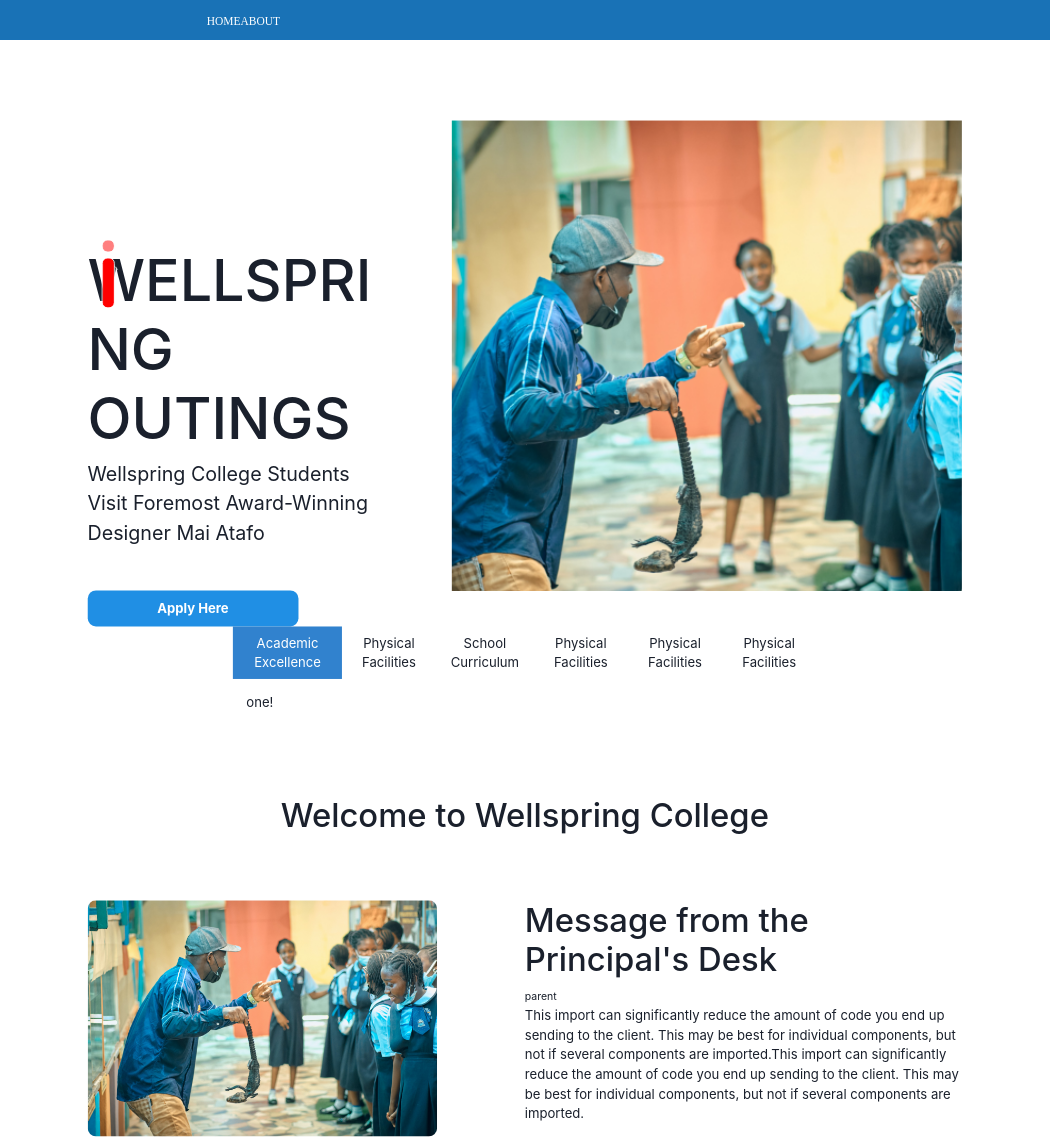
Repository: gr8skills/wellspring-school-forked
Page: /
The author's editor kept a copy of each file at every save. The page is drawn from the files as they stood at one save, then again after a run of saves.
The browser window is 1280 px wide. The pictures show the whole page, at 82% of full size.
The project was rebuilt for these pictures with package versions that can differ from the ones it lists, and the page was loaded fresh each time. Also part of the build but not shown: src/components/Navbar/Dropdown.scss, src/components/Navbar/Dropdown.js, src/components/Calendar/Calendar.js, src/components/News/News.js.

Above is the page before, as saved 2022-12-02 00:30:36.

### src/index.css
body {
  /* margin: 0;
  font-family: -apple-system, BlinkMacSystemFont, 'Segoe UI', 'Roboto', 'Oxygen',
    'Ubuntu', 'Cantarell', 'Fira Sans', 'Droid Sans', 'Helvetica Neue',
    sans-serif;
  -webkit-font-smoothing: antialiased;
  -moz-osx-font-smoothing: grayscale; */
}

/* code {
  font-family: source-code-pro, Menlo, Monaco, Consolas, 'Courier New',
    monospace;
} */

### src/App.js
import logo from './logo.svg';
import './App.css';
import { BrowserRouter, Routes, Route, Link, Outlet } from "react-router-dom";
import "bootstrap/dist/css/bootstrap.min.css";

import NavBar from './components/Navbar/Navbar';
import { Home } from './pages/Home/Home';

function App() {
  return (


    <BrowserRouter>
      <NavBar />

      <Routes>
        <Route path="/" element={<Home />} />
        {/* <Route path="users" element={<Users />}>
          <Route path="me" element={<OwnUserProfile />} />
          <Route path=":id" element={<UserProfile />} />
        </Route> */}
      </Routes>
    </BrowserRouter>
  );
}

export default App;

### src/App.css
body{
}

.App {
  text-align: center;
    background-color:black;

}

.App-logo {
  height: 40vmin;
  pointer-events: none;
}

@media (prefers-reduced-motion: no-preference) {
  .App-logo {
    animation: App-logo-spin infinite 20s linear;
  }
}


@keyframes App-logo-spin {
  from {
    transform: rotate(0deg);
  }
  to {
    transform: rotate(360deg);
  }
}

### src/pages/Home/Home.js

import Carousel from "react-bootstrap/Carousel";
import Slider1 from "../../assets/slider1.png";
import Slider2 from "../../assets/slider2.png";
import { Sliders } from "../../components/Sliders/Sliders";
import { Button, ButtonGroup } from "@chakra-ui/react";

import "./_home.scss";
import { AppButton } from "../../components/AppButton/AppButton";
import { Calendar } from "../../components/Calendar/Calendar";
import { News } from "../../components/News/News";
import { AppTab } from "../../components/AppTab/AppTab";
export const Home =()=>{
    return (
      <>
        <div className="home-page-trans col-md-12 flexy">
          <div className="col-md-1">&nbsp;</div>
          <div className="col-md-10">
            {" "}
            <Carousel fade>
              <Carousel.Item>
                <div className="col-md-12 flexy">
                  <div className="col-md-4 slider-label">
                    <h1>Beyond the Classroom</h1>
                    <p>
                      Wellspring College Students Visit Foremost Award-Winning
                      Designer Mai Atafo
                    </p>
                  </div>
                  <div className="col-md-1">&nbsp;</div>
                  <div className="col-md-7">
                    <img
                      className="col-md-12 imgCaro"
                      src={Slider1}
                      alt="Scholar"
                    />
                  </div>
                </div>
              </Carousel.Item>

              <Carousel.Item>
                <div className="col-md-12 flexy">
                  <div className="col-md-4 slider-label">
                    <h1>WELLSPRING OUTINGS</h1>
                    <p>
                      Wellspring College Students Visit Foremost Award-Winning
                      Designer Mai Atafo
                    </p>
                  </div>
                  <div className="col-md-1">&nbsp;</div>

                  <div className="col-md-7">
                    <img
                      className="col-md-12 imgCaro"
                      src={Slider2}
                      alt="Scholar"
                    />
                  </div>
                </div>
              </Carousel.Item>
            </Carousel>
            <AppButton text="Apply Here" />
            {/* <Calendar month="Nov" day="10" year="2022" event="Open Day" time="10:00am-3:00pm"/> */}
            {/* <News date="August 29th, 2022" message="Wellspring College celebrates it's 17th Valedictory Service and Graduation Ceremony" url=""/> */}
            <AppTab />
          </div>
        </div>
        <div className="col-md-12 welcome-message-title">
          <Sliders
            header="Welcome to Wellspring College"
            message="This import can significantly reduce the amount of code you end up sending to the client. This may be best for individual components, but not if several components are imported.This import can significantly reduce the amount of code you end up sending to the client. This may be best for individual components, but not if several components are imported."
            sliderImg={Slider2}
            title="Message from the Principal's Desk"
            speaker="parent"
          />
        </div>
      </>
    );
}

### src/components/Navbar/MenuItems.js
export const navMenus = {
    about: [
        // {title: 'About ' + process.env.REACT_APP_SITE_NAME, path: '/about', cName: 'dropdown-link'},
        // {title: 'Administrator’s Message', path: '/about/administrators-message', cName: 'dropdown-link'},
        // {title: 'Proprietor’s Message', path: '/about/proprietors-message', cName: 'dropdown-link'},
        // {title: 'History of the School', path: '/about/history', cName: 'dropdown-link'},
        // {title: 'Contact Us', path: '/about/contact-us', cName: 'dropdown-link'},
    ]
}

export default navMenus;

### src/components/Navbar/NavBar.module.css


.navCont{
    position: relative;
    /* display: flex; */
    width:25%;
    /* justify-content: space-between; */
    /* margin: 0 auto; */
    /* max-height: 5rem; */
    padding-left:220px;

}

.nav-links{
    font-size:10px !important;
}


.imgCont{
    position: relative;
}

/* .imgContent{
    position: absolute;
    z-index: 1;
    height: 6vw;

} */

/* .btnPortal{
    background-color: #4CA14900;
    color: #fff;
    height: 2.5rem;
    width: 7rem;
    font-size: 18px;
    border-radius: 5px;
    position: relative;
    outline: 0;
    border: 0;
    transition: 1.5s scale linear;
} */

/* .btnPortal:focus{
    outline: 0;
    border: 0;
} */

/* .btnPortal:hover{
    transform: scale(1.02);
    background-color: #4CA149CF;
} */

/* .fIcon{
    width: 30px;
    height: 30px;
    padding: 5px 5px;
    transform: translate(-6px, -1px);
} */

/* @media screen and (max-width: 960px) {
    .navCont{
        position: relative;
        display: flex;
        width: 100%;
        justify-content: space-between;
        margin: 0 auto;
        max-height: 5rem;

    }

    .imgContent{
        position: absolute;
        z-index: 1;
        height: 16vw;

    }

}


 */

### src/components/Navbar/_navbar.scss
@import "../../variables";





.navContainer{
    background:$themecolor;
    min-height: 3rem;
    position: fixed;
    z-index: 1;
    right: 0;
    width: 100%;
    top: 0;
}


.nav-list{
    display: flex;
    max-width: 70%;
    width: 70%;
    justify-content: space-between;
    list-style: none;
    color: #fff;
    font-family: monserat;
    transform: translateY(54%);
    margin: 0 !important;
}

.nav-list li{
    line-height: 25px;
    text-align: center;
    margin: 0;
    font-size: 14px;

}

/* .nav-list li a{
    color: #fff;
} */


.nav-item {
    height: auto;
    justify-content: center;
    display: flex;
}

.menu-icon{
    display: none;
}




.nav-links {
    color: #fff;
    display: flex;
    align-items: center;
    text-decoration: none;
    height: 100%;
    transition: all 0.2s ease-out;

}

.nav-links:hover {
    background-color: #fff;
    text-decoration: none;
    // padding:5px;
    color:$themecolor;
}


@media screen and (max-width: 600px) {
    .ph{
        display: none;
    }

@media screen and (max-width: 960px) {
    .nav-list{
        display: none;
    }
}

    .menu-icon{
        display: block;
    }

    .nav-list{
        display: flex;
        flex-direction: column;
        position: absolute;
        height: 42rem;
        width: 100%;
        max-width: 100% !important;
        top: 48px;
        transform: translateY(4%);
        /* z-index: 999; */
        opacity: 1;
        right: -100%;
        transition: all .5s linear;
    background-color: #4CA149;

    }
.mainMenu li a{
    line-height:20px !important;

}
    .nav-list.active{
        transition: all 0.3s ease-out;
        visibility: visible;
        transition: all .5s linear;
        right: 0;
        /* z-index: 1; */
    }

    .nav-list.active li {
        font-size: 4vw;
        position: relative;
        margin: 30px 0;
    }


    .fa-times{
        position: relative;
        float: right;
        width: 100%;
    }

    .fa-times, .fa-bars{
        font-size: 40px;
        color: #feed00;
        transition: all 1.5ms linear;
        transform: translate(-29px, 17px);

    }
.nav-links{
    display:none;
}
}




@media screen and (min-width: 960px) {
    .wrapper{
        display:none;
    }
}



/*for sidenav*/




.ph:hover{
    background-color:rgb(255, 165, 0) !important;
    opacity:1 !important
}
.wrapper{
    position: absolute;
    top: 50%;
    left: 50%;
    transform: translate(-50%, -50%);

}
.mainMenu{
    width: 250px;
    display: block;
    border-radius: 10px;
    overflow: hidden;
}
.mainMenu a{
  font-size:20px !important;
  font-weight:bold !important;
      font-family: monserat;
      /* margin-bottom:-20px; */
}
.item{
    border-top: 1px solid orange;
    overflow: hidden;
margin: top 0;
line-height: 20px !important;
}
.btn{
    display: block;
    padding: 15px 20px;
    color: #fff;
    position: relative;
    padding-left:5px !important;
    /* text-align:left !important; */

}
.btn:before{
    content: '';
    position: absolute;
    width: 0;
    height: 0;
    border-left: 8px solid transparent;
    border-right:8px solid transparent;
    /* border-top:10px solid rgba(0,128,0,0.9); */
    right: 15px;
    bottom: -10px;
    z-index: 9;

}
.btn i {
    margin-right: 7px;
    margin-left: -5px;
    font-size: 13px;
}
.subMenu{
    /* background:#A3DA8D !important; */
      overflow: hidden;
        /* background:rgba(78,161,73, 0.1)!important; */
        background:rgba(178,161,173, 0.1)!important;

    transition: max-height 0.7s;
max-height: 0;
z-index:300000000 !important;
position:relative !important;

}
.subMenu a{
    display: block;
    /* padding: 5px 10px !important; */
    color: #fff !important;
    font-size: 14px !important;
    border-bottom: 1px solid #394c7f;
    position: relative;
    margin-top:5px !important;


}
.subMenu a:before{
    content: '';
    opacity: 0;
    transition: opacity 0.3s;

}
.subMenu a:hover:before{
    content: '';
    position: absolute;
    height: 0;
    width: 6px;
    left: 0;
    top:0;
    opacity: 1;
    /* background-color: #d8d824; */
    border-top: 24px solid transparent;
    border-left: 11px solid #ffffff;
    border-bottom: 24px solid transparent;
}
.subMenu a:after{
    content: '';
    opacity: 0;
    transition: opacity 0.3s;

}
.subMenu a:hover:after{
    content: '';
    position: absolute;
    height: 0;
    width: 6px;
    right: 0px;
    top:0;
    opacity: 1;
    /* background-color: #d8d824; */
    border-top: 24px solid transparent;
    border-right: 11px solid #ffffff;
    border-bottom: 24px solid transparent;
}
.subMenu a:hover{
   background-color:orange;
    transition: all 0.3s;
    border-bottom: 2px solid #394c7f;
}
.subMenu a:last-child{
    border:none;
}
.item:target .subMenu{
    max-height: 300px;
        /* transition: max-height 0.7s !important; */

}

.login{
  background-color:#ED2f59;
  padding:5px 14px 5px 14px !important;
  border-radius:5px;
margin-right:55px;
margin-left:30px;
font-family: 'Poppins', sans-serif;

  }



.portal{
  background-color:rgb(221, 156, 35);
  /* padding:7px; */
  width:120px;
  margin-left:50px;
  border-radius:5px;
 padding:7px !important;
 font-size:5px !important;
 color:white !important;
    /* padding-bottom:6px !important; */
  margin-top:20px !important;
   font-size:11px !important;
      text-decoration: none;

  }

  .portal a{

  }

### src/components/Sliders/Sliders.js
import './_sliders.scss'

export const Sliders=(props)=>{
    return (
      <>
        <div className="col-md-12 slider-header">
          <h1>{props.header}</h1>
        </div>
        <div className="col-md-12 flexy slider-container">
          <div className="col-md-1">&nbsp;</div>
          <div className="col-md-4">
            <img
              className="col-md-12 imgCaro"
              src={props.sliderImg}
              alt="Scholar"
            />
          </div>
          <div className="col-md-1">&nbsp;</div>
          <div className="col-md-5">
            <h1>{props.title}</h1>
            <small>{props.speaker}</small>
            <p>{props.message}</p>
          </div>
        </div>
      </>
    );
}

### src/pages/Home/_home.scss
@import "../../variables";
@import "../../shared-styles";



.home-page-trans{
    img{
            margin-top:147px;
            height:100% !important;

    }
    .slider-label{
        margin-top:300px;
        h1{
                    font-size:70px;

        }
        p{
            font-size:24px;
        }
    }
    .carousel {
    position: relative;
    z-index: 0;

}
.carousel-inner {
    position: relative;
    width: 100%;
    overflow: hidden;
    height: 100vh;
}

.imgCaro{
    width: 100%;
    height: 100%;
    object-fit: cover;
}

.carousel-indicators > button.active {
    opacity: 1;
    max-width: 14px !important;
    max-height:60px  !important;
    min-width: 14px !important;
    min-height:60px  !important;
    background-color: red !important;
    border-color: #fff !important;
    outline: none;
    border: none;
    border-radius: 7px !important;

}

.carousel-indicators button{
    max-width: 14px !important;
    max-height: 14px !important;
    min-width: 14px !important;
    min-height: 14px !important;
    margin: 3px 5px !important;
    border-radius: 7px !important;
    background-color: red!important;
    border: 1px solid #fff !important;
    transition: all .5s linear ;

}

.carousel-indicators button:focus{
        outline:0;
        border-color: #4287BD;
}
.carousel-indicators  {
    position: absolute;
    right: 0;
    bottom: 10px;
    left: 0;
    z-index: 15;
    display: flex;
    flex-direction: column;
    height: 100%;
    justify-content: center;
    padding-left: 0;
    margin-right: 0;
    margin-left: 1vw;
    list-style: none;
    outline: none;
    border: none;
}

.carousel-control-next {
    left: 1vw;
    transform: rotate(-91deg);
    position: absolute;
    margin-top: 15% !important;
    justify-content: right !important;
    height: 10px;
    width: 18px !important;
    font-size: 50px;

}
.carousel-control-prev {
    left: 1.5vw;
    transform: rotate(91deg) !important;
    position: absolute;
    margin-top: 30% !important;
    justify-content: right !important;
    height: 10px;
    font-size: 50px;
    width: 20px !important;
}
// .carousel-control-prev::after{
//     content: url('../../assets/DownArrows.svg');
//     background-color: red;
//     font-size: 54px;
//     z-index: 100;
//     right: 0;
//     width: 20px;
//     height: 80px;
// }
// .carousel-control-next::after{
//     content: url('../../assets/DownArrows.svg');
//     background-color: red !important;
//     font-size: 54px;
//     z-index: 1000000000000000000000000000;
//     position:relative;
//     right: 0;
//     width: 20px;
//     height: 80px;
// }
}

### src/components/AppButton/AppButton.js
import { Button, ButtonGroup } from "@chakra-ui/react";
import "./_app-button.scss";
export const AppButton =(props)=>{
    return (
      <button className="app-button">
        {props.text}
      </button>
    );
}

### src/components/AppTab/AppTab.js
import { Tabs, TabList, TabPanels, Tab, TabPanel } from "@chakra-ui/react";

import "./_app-tab.scss";

export const AppTab = () => {
  return (
    <>
      <div className="row">
        <div className="col-md-12 flexy">
          <div className="col-md-2">&nbsp;</div>
          <div className="col-md-8">
            <Tabs variant="unstyled">
              <TabList>
                <Tab _selected={{ color: "white", bg: "blue.500" }}>Academic Excellence</Tab>
                <Tab _selected={{ color: "white", bg: "green.400" }}>Physical Facilities</Tab>
                <Tab _selected={{ color: "white", bg: "green.400" }}>School Curriculum</Tab>
                <Tab _selected={{ color: "white", bg: "green.400" }}>Physical Facilities</Tab>
                <Tab _selected={{ color: "white", bg: "green.400" }}>Physical Facilities</Tab>
                <Tab _selected={{ color: "white", bg: "green.400" }}>Physical Facilities</Tab>
              </TabList>
              <TabPanels>
                <TabPanel>
                  <p>one!</p>
                </TabPanel>
                <TabPanel>
                  <p>two!</p>
                </TabPanel>
              </TabPanels>
            </Tabs>
          </div>
        </div>
      </div>
    </>
  );
};

### src/_variables.scss
$themecolor:#1972B6;
$themecolor2:rgb(32,143,228);

### src/components/Sliders/_sliders.scss
@import "../../variables";
@import "../../shared-styles";


.slider-header{
    text-align: center;
    margin-top:70px;
    margin-bottom:80px;
    font-size:50px;
}
.slider-container{
    img{
         position: relative;
    width: 100%;
    overflow: hidden;
    height: 40vh;
    border-radius:10px;;
            object-fit: cover;

    }
}

### src/_shared-styles.scss
@media screen and (max-width:620px){
    .flexyM{
        display:flex;
    }
}@media screen and (min-width:620px){
    .flexy{
        display:flex;
    }
}

### src/components/AppButton/_app-button.scss
@import "../../shared-styles";
@import "./overides";
@import "../../variables";

.app-button{
    background-color:$themecolor2;
    color:white;
    padding:10px 85px;
    font-weight:bold;
    border-radius:10px;
}

### src/components/Calendar/_calendar.scss
@import "../../shared-styles";
@import "../../variables";



.calendar-container{
    .calendar-box{
background-color:$themecolor2;
height:100px;
width:110px;
border-radius: 10px;
color:#fff;
    text-align: center;
    padding:10px 0;

    }
    p{
        color:grey;
    }
    .calendar-day{
        font-size:35px;
    }
    .calendar-description{
        font-size:25px;
    }
}

### src/components/News/_news.scss
@import "../../shared-styles";
@import "../../variables";
.news-container{
    .news-img{
                margin-bottom:200px;

    }
    img{
        width:100%;
        border-radius: 10px;


    }
    .news-description{
        margin-top:200px;
        margin-left:30px;
        h6{
            color:grey;
        }
    }
    .read-more-link{
        color:$themecolor;
        margin-top:50px;
    }
}

### src/components/AppTab/_app-tab.scss
@import "../../shared-styles";
@import "./overides";
@import "../../variables";

### src/components/AppButton/_overides.scss
@import "../../variables";



.css-jut409{
    background-color:$themecolor;
    padding:140px !important;
}

Loaded but not shown: public/index.html (common file); src/index.js (common file); src/reportWebVitals.js (common file); src/components/Navbar/Navbar.js (300 lines, source omitted); src/components/AppTab/_overides.scss (no stored copy; drawn as an empty file)

After the next 3 saves:
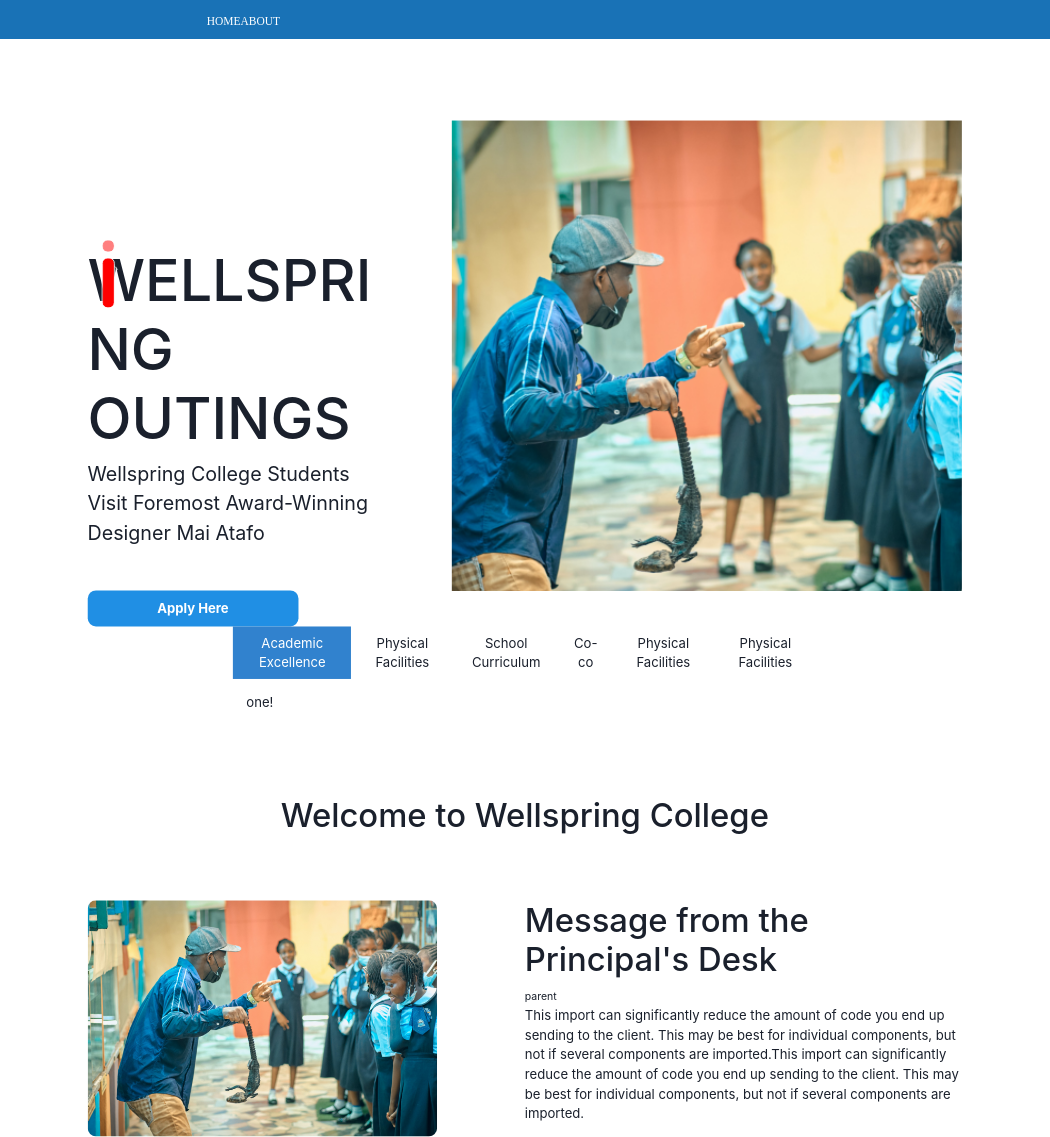
The 3 saves are shown as one change because they came seconds apart.
The last was saved 16 s later.
--- a/src/components/AppTab/AppTab.js
+++ b/src/components/AppTab/AppTab.js
@@ -14,7 +14,7 @@
                 <Tab _selected={{ color: "white", bg: "blue.500" }}>Academic Excellence</Tab>
                 <Tab _selected={{ color: "white", bg: "green.400" }}>Physical Facilities</Tab>
                 <Tab _selected={{ color: "white", bg: "green.400" }}>School Curriculum</Tab>
-                <Tab _selected={{ color: "white", bg: "green.400" }}>Physical Facilities</Tab>
+                <Tab _selected={{ color: "white", bg: "green.400" }}>Co-co</Tab>
                 <Tab _selected={{ color: "white", bg: "green.400" }}>Physical Facilities</Tab>
                 <Tab _selected={{ color: "white", bg: "green.400" }}>Physical Facilities</Tab>
               </TabList>
